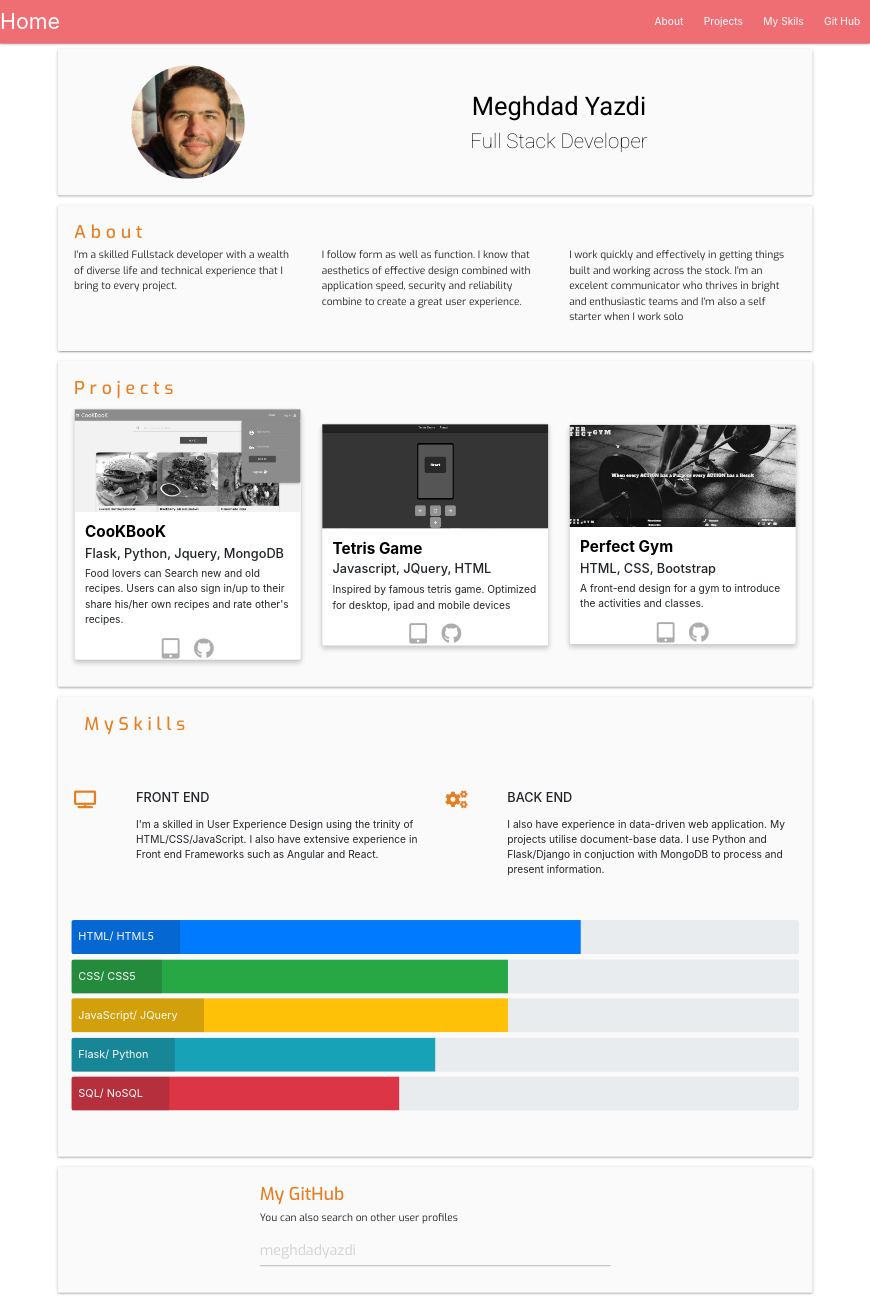
Repository: meghdadyazdi/SD_Res
Page: index.html
The author's editor kept a record of every edit. The page is drawn from the files as they stood at one moment, then again after the next edit.
The browser window is 1280 px wide. The pictures show the whole page, at 68% of full size.
Some web libraries are served in a nearby version.

Above is the page before.
Console error: ReferenceError: $ is not defined

After the next edit:
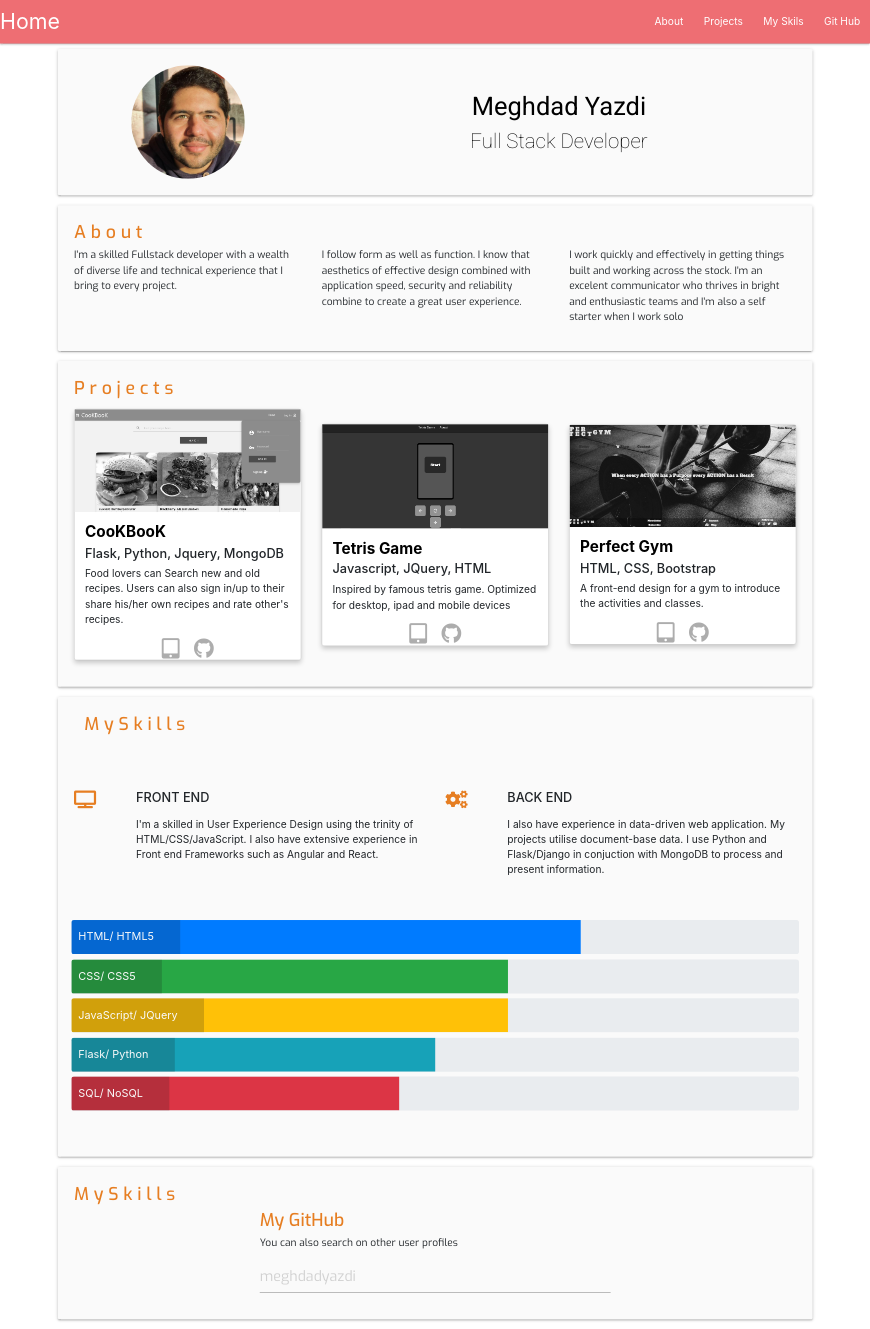
The edit:
--- a/index.html
+++ b/index.html
@@ -231,6 +231,10 @@
     <div class="card-panel grey lighten-5 z-depth-1">
       <div class="row bg-color-contact">
 
+        <div class="col-sm-12 text_font">
+                   <h3 id="skills" class="three-reasons-icon">M y  S k i l l s</h3>
+                </div>
+
         <div class="col-md-6 offset-md-3 center-form text_font">
           <h3 id="github" class="three-reasons-icon">My GitHub</h3>
           <p>
